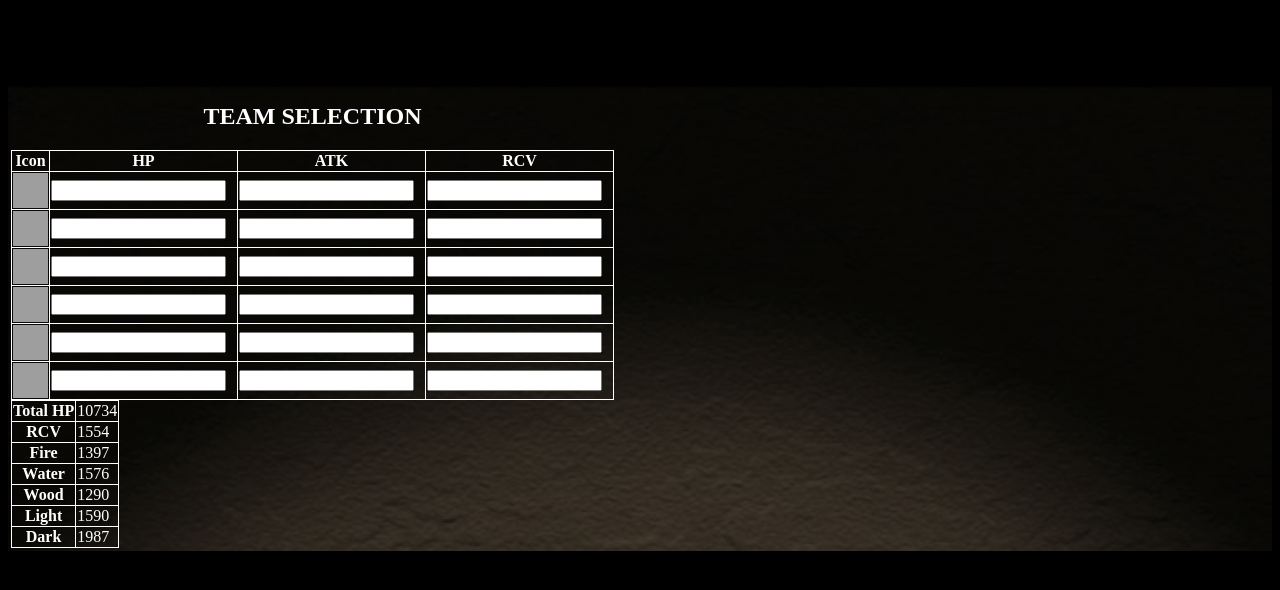
Repository: fangelod/pad-optimizer
Page: client/index.html
The author's editor kept a record of every edit. The page is drawn from the files as they stood at one moment, then again after the next edit.
The browser window is 1280 px wide. The pictures show the whole page.
Pictures or frames that could not be fetched are drawn as grey boxes.

Above is the page before.
Console error: TypeError: Cannot read properties of null (reading 'getContext')

### client/index.html
<!DOCTYPE html>
<html>
    <head>
        <title>PAD Optimizer</title>
        <link rel="stylesheet" href="/css/main.css">
        <script src="/js/jquery.min.js"></script>
        <script src="/js/main.js"></script>
    </head>
    <body>
        <div class="header">
            <div class="title">
                <h1>Puzzle & Dragons Optimizer</h1>
            </div>
            <div class="navbar"></div>
        </div>
        <div class="body">
            <table class="containerlayout">
                <tr>
                    <td class="left">
                        <div>
                            <h2>TEAM SELECTION</h2>
                            <table>
                                <tr>
                                    <th>Icon</th>
                                    <th>HP</th>
                                    <th>ATK</th>
                                    <th>RCV</th>
                                </tr>
                                <tr>
                                    <td><img src="/img/Monsters/2271.png"></td>
                                    <td><input type="number"></td>
                                    <td><input type="number"></td>
                                    <td><input type="number"></td>
                                </tr>
                                <tr>
                                    <td><img src="/img/Monsters/2497.png"></td>
                                    <td><input type="number"></td>
                                    <td><input type="number"></td>
                                    <td><input type="number"></td>
                                </tr>
                                <tr>
                                    <td><img src="/img/Monsters/2494.png"></td>
                                    <td><input type="number"></td>
                                    <td><input type="number"></td>
                                    <td><input type="number"></td>
                                </tr>
                                <tr>
                                    <td><img src="/img/Monsters/2185.png"></td>
                                    <td><input type="number"></td>
                                    <td><input type="number"></td>
                                    <td><input type="number"></td>
                                </tr>
                                <tr>
                                    <td><img src="/img/Monsters/2818.png"></td>
                                    <td><input type="number"></td>
                                    <td><input type="number"></td>
                                    <td><input type="number"></td>
                                </tr>
                                <tr>
                                    <td><img src="/img/Monsters/2271.png"></td>
                                    <td><input type="number"></td>
                                    <td><input type="number"></td>
                                    <td><input type="number"></td>
                                </tr>
                            </table>
                            <table>
                                <tr>
                                    <th>Total HP</th>
                                    <td>10734</td>
                                </tr>
                                <tr>
                                    <th>RCV</th>
                                    <td>1554</td>
                                </tr>
                                <tr>
                                    <th>Fire</th>
                                    <td>1397</td>
                                </tr>
                                <tr>
                                    <th>Water</th>
                                    <td>1576</td>
                                </tr>
                                <tr>
                                    <th>Wood</th>
                                    <td>1290</td>
                                </tr>
                                <tr>
                                    <th>Light</th>
                                    <td>1590</td>
                                </tr>
                                <tr>
                                    <th>Dark</th>
                                    <td>1987</td>
                                </tr>
                            </table>
                        </div>
                    </td>
                    <td class="middle">
                        <canvas class="PADboard"></canvas>
                        <!--<div class="board">
                            <table>
                                <tr>
                                    <td class="even"></td>
                                    <td class="odd"></td>
                                    <td class="even"></td>
                                    <td class="odd"></td>
                                    <td class="even"></td>
                                    <td class="odd"></td>
                                </tr>
                                <tr>
                                    <td class="odd"></td>
                                    <td class="even"></td>
                                    <td class="odd"></td>
                                    <td class="even"></td>
                                    <td class="odd"></td>
                                    <td class="even"></td>
                                </tr>
                                <tr>
                                    <td class="even"></td>
                                    <td class="odd"></td>
                                    <td class="even"></td>
                                    <td class="odd"></td>
                                    <td class="even"></td>
                                    <td class="odd"></td>
                                </tr>
                                <tr>
                                    <td class="odd"></td>
                                    <td class="even"></td>
                                    <td class="odd"></td>
                                    <td class="even"></td>
                                    <td class="odd"></td>
                                    <td class="even"></td>
                                </tr>
                                <tr>
                                    <td class="even"></td>
                                    <td class="odd"></td>
                                    <td class="even"></td>
                                    <td class="odd"></td>
                                    <td class="even"></td>
                                    <td class="odd"></td>
                                </tr>
                            </table>
                        </div>
                    </td>
                    <td class="right">
                        <div class="orbSelector">
                            <table>
                                <tr>
                                    <td><p>a</p></td>
                                    <td><p>s</p></td>
                                    <td><p>d</p></td>
                                    <td><p>f</p></td>
                                    <td><p>g</p></td>
                                    <td><p>h</p></td>
                                </tr>
                                <tr>
                                    <td class="frChoose"></td>
                                    <td class="wtChoose"></td>
                                    <td class="wdChoose"></td>
                                    <td class="ltChoose"></td>
                                    <td class="dkChoose"></td>
                                    <td class="hChoose"></td>
                                </tr>
                            </table>
                            <form>
                                <label><input class="echeck" type="checkbox" name="enhanced">Enhanced (e)</label>
                            </form>
                        </div>
                        <div class="results">
                            <h2>RESULTS</h2>
                        </div>
                    </td>
                </tr>
            </table>
        </div>
        <div class="allMonsters"></div>
    </body>
</html>

### client/css/main.css
.body {
    width: 100%;
    background: url("/img/backdrop.jpeg") no-repeat;
    background-size: 100%;
}
.middle table {
    border: solid 1pt black;
    border-collapse: collapse;
}
.middle td {
    border: solid 1pt black;
    border-collapse: collapse;
}
.odd {
    background-image: url("/img/Background2.png");
}
.even {
    background-image: url("/img/Background1.png");
}
.left {
    vertical-align: top;
    color: white;
}
.left table, .left th, .left td {
    border: 1pt solid white;
    border-collapse: collapse;
}
.left img {
    height: 35px;
    width: 35px;
    vertical-align: middle;
}
.left input {
    width: 90%;
}
.odd:hover, .even:hover {
    cursor: default;
}
html {
    background: black;
}
.right {
    vertical-align: top;
}
.frChoose {
    background: url("/img/frOrb.png") no-repeat center;
}
.wtChoose {
    background: url("/img/wtOrb.png") no-repeat center;
}
.wdChoose {
    background: url("/img/wdOrb.png") no-repeat center;
}
.ltChoose {
    background: url("/img/ltOrb.png") no-repeat center;
}
.dkChoose {
    background: url("/img/dkOrb.png") no-repeat center;
}
.hChoose {
    background: url("/img/hOrb.png") no-repeat center;
}
.frChoose, .wtChoose, .wdChoose, .ltChoose, .dkChoose, .hChoose {
    background-size: contain;
    padding: 0;
}
.orbSelector p {
    text-align: center;
    vertical-align: bottom;
    margin: 0;
    font-size: 1.5em;
    background: gray;
}
.orbSelector form {
    display: table;
    margin-left: auto;
    margin-right: auto;
    font-size: 1.5em;
    background: gray;
    width: 100%;
}
.orbSelector input {
    height: 50%;
}
h2 {
    text-align: center;
}
h1 {
    text-align: center;
}

.allMonsters {
    background: white;
}

### client/js/main.js
var cv;
var orbSelected = '.frChoose';
var board;
var Fire, Water, Wood, Light, Dark, Heal;
var EFire, EWater, EWood, ELight, EDark, EHeal;
var isMouseDown = false;

$(document).ready(function () {
    cv = document.getElementById("PADboard").getContext("2d");
    resizeEverything();
    addButtonHandlers();
    initBoard();
    initOrbs();

    $('#PADboard').on('click', function(e) {
        var x = e.offsetX;
        var y = e.offsetY;
        var w = $('#PADboard').width();
        var h = $('#PADboard').height();
        var gw = w/6;
        var gh = h/5;
        var column = "";
        var row = "";
        var bw = document.getElementById("PADboard").width/6;
        var bh = document.getElementById("PADboard").height/5;

        if ($('.echeck').is(":checked")) {
            switch (orbSelected) {
                case '.frChoose':
                    board[Math.floor(y/gh)][Math.floor(x/gw)] = "fr+";
                    cv.drawImage(EFire, Math.floor(x/gw)*bw, Math.floor(y/gh)*bh, bw, bh);
                    break;
                case '.wtChoose':
                    board[Math.floor(y/gh)][Math.floor(x/gw)] = "wt+";
                    cv.drawImage(Water, Math.floor(x/gw)*bw, Math.floor(y/gh)*bh, bw, bh);
                    break;
                case '.wdChoose':
                    board[Math.floor(y/gh)][Math.floor(x/gw)] = "wd+";
                    cv.drawImage(Wood, Math.floor(x/gw)*bw, Math.floor(y/gh)*bh, bw, bh);
                    break;
                case '.ltChoose':
                    board[Math.floor(y/gh)][Math.floor(x/gw)] = "lt+";
                    cv.drawImage(ELight, Math.floor(x/gw)*bw, Math.floor(y/gh)*bh, bw, bh);
                    break;
                case '.dkChoose':
                    board[Math.floor(y/gh)][Math.floor(x/gw)] = "dk+";
                    cv.drawImage(EDark, Math.floor(x/gw)*bw, Math.floor(y/gh)*bh, bw, bh);
                    break;
                case '.hChoose':
                    board[Math.floor(y/gh)][Math.floor(x/gw)] = "h+";
                    cv.drawImage(EHeal, Math.floor(x/gw)*bw, Math.floor(y/gh)*bh, bw, bh);
                    break;
            }
        } else {
            switch (orbSelected) {
                case '.frChoose':
                    board[Math.floor(y/gh)][Math.floor(x/gw)] = "fr";
                    cv.drawImage(Fire, Math.floor(x/gw)*bw, Math.floor(y/gh)*bh, bw, bh);
                    break;
                case '.wtChoose':
                    board[Math.floor(y/gh)][Math.floor(x/gw)] = "wt";
                    cv.drawImage(Water, Math.floor(x/gw)*bw, Math.floor(y/gh)*bh, bw, bh);
                    break;
                case '.wdChoose':
                    board[Math.floor(y/gh)][Math.floor(x/gw)] = "wd";
                    cv.drawImage(Wood, Math.floor(x/gw)*bw, Math.floor(y/gh)*bh, bw, bh);
                    break;
                case '.ltChoose':
                    board[Math.floor(y/gh)][Math.floor(x/gw)] = "lt";
                    cv.drawImage(Light, Math.floor(x/gw)*bw, Math.floor(y/gh)*bh, bw, bh);
                    break;
                case '.dkChoose':
                    board[Math.floor(y/gh)][Math.floor(x/gw)] = "dk";
                    cv.drawImage(Dark, Math.floor(x/gw)*bw, Math.floor(y/gh)*bh, bw, bh);
                    break;
                case '.hChoose':
                    board[Math.floor(y/gh)][Math.floor(x/gw)] = "h";
                    cv.drawImage(Heal, Math.floor(x/gw)*bw, Math.floor(y/gh)*bh, bw, bh);
                    break;
            }
        }
    });
    $('#PADboard').on('mousedown', function(e) {
        isMouseDown = true;
    });
    $(document).
    $('#PADboard').on('mousemove', function(e) {
        if (isMouseDown) {
            console.log(e);
        }
    });
});


$(window).resize(function() {
    resizeEverything();
});


// Helper functions
var resizeEverything = function() {
    var w = $(window).width();
    var lw = w * .25;
    var mw = w * .49;
    var rw = w * .25;

    $('.left').width(lw);
    $('.right').width(rw);
    $('.middle').width(mw);

    $('#PADboard').width(mw);
    $('#PADboard').height(mw*(5/6));
    //$('.middle table').width(mw);
    //$('.middle table').height(mw*(5/6));

    $('.frChoose').width(rw/6);
    $('.frChoose').height(rw/6);

    $('.wtChoose').width(rw/6);
    $('.wtChoose').height(rw/6);

    $('.wdChoose').width(rw/6);
    $('.wdChoose').height(rw/6);

    $('.ltChoose').width(rw/6);
    $('.ltChoose').height(rw/6);

    $('.dkChoose').width(rw/6);
    $('.dkChoose').height(rw/6);

    $('.hChoose').width(rw/6);
    $('.hChoose').height(rw/6);

    drawStartBoard();
};
var addButtonHandlers = function() {
    $('.frChoose').css('border', '2pt solid white');

    var resetButtons = function() {
        $(orbSelected).css('border', "initial");
    };

    $('.frChoose').on('click', function (e) {
        resetButtons();
        $('.frChoose').css('border', '2pt solid white');
        orbSelected = '.frChoose';
    });

    $('.wtChoose').on('click', function (e) {
        resetButtons();
        $('.wtChoose').css('border', '2pt solid white');
        orbSelected = '.wtChoose';
    });

    $('.wdChoose').on('click', function (e) {
        resetButtons();
        $('.wdChoose').css('border', '2pt solid white');
        orbSelected = '.wdChoose';
    });

    $('.ltChoose').on('click', function (e) {
        resetButtons();
        $('.ltChoose').css('border', '2pt solid white');
        orbSelected = '.ltChoose';
    });

    $('.dkChoose').on('click', function (e) {
        resetButtons();
        $('.dkChoose').css('border', '2pt solid white');
        orbSelected = '.dkChoose';
    });

    $('.hChoose').on('click', function (e) {
        resetButtons();
        $('.hChoose').css('border', '2pt solid white');
        orbSelected = '.hChoose';
    });

    $('.echeck').on('click', function(e) {
        if ($('.echeck').is(":checked")) {
            $('.frChoose').css('background', 'url("/img/frOrb+.png") no-repeat center');
            $('.wtChoose').css('background', 'url("/img/wtOrb.png") no-repeat center');
            $('.wdChoose').css('background', 'url("/img/wdOrb.png") no-repeat center');
            $('.ltChoose').css('background', 'url("/img/ltOrb+.png") no-repeat center');
            $('.dkChoose').css('background', 'url("/img/dkOrb+.png") no-repeat center');
            $('.hChoose').css('background', 'url("/img/hOrb+.png") no-repeat center');
        } else {
            $('.frChoose').css('background', 'url("/img/frOrb.png") no-repeat center');
            $('.wtChoose').css('background', 'url("/img/wtOrb.png") no-repeat center');
            $('.wdChoose').css('background', 'url("/img/wdOrb.png") no-repeat center');
            $('.ltChoose').css('background', 'url("/img/ltOrb.png") no-repeat center');
            $('.dkChoose').css('background', 'url("/img/dkOrb.png") no-repeat center');
            $('.hChoose').css('background', 'url("/img/hOrb.png") no-repeat center');
        }
        $('.frChoose').css('background-size', 'contain');
        $('.wtChoose').css('background-size', 'contain');
        $('.wdChoose').css('background-size', 'contain');
        $('.ltChoose').css('background-size', 'contain');
        $('.dkChoose').css('background-size', 'contain');
        $('.hChoose').css('background-size', 'contain');
    });

    $('html').on('keydown', function(e) {
        switch (e.keyCode) {
            case 65:
                resetButtons();
                $('.frChoose').css('border', '2pt solid white');
                orbSelected = '.frChoose';
                break;
            case 83:
                resetButtons();
                $('.wtChoose').css('border', '2pt solid white');
                orbSelected = '.wtChoose';
                break;
            case 68:
                resetButtons();
                $('.wdChoose').css('border', '2pt solid white');
                orbSelected = '.wdChoose';
                break;
            case 70:
                resetButtons();
                $('.ltChoose').css('border', '2pt solid white');
                orbSelected = '.ltChoose';
                break;
            case 71:
                resetButtons();
                $('.dkChoose').css('border', '2pt solid white');
                orbSelected = '.dkChoose';
                break;
            case 72:
                resetButtons();
                $('.hChoose').css('border', '2pt solid white');
                orbSelected = '.hChoose';
                break;
            case 69:
                if ($('.echeck').is(":checked")) {
                    $('.echeck').prop('checked', false);
                    $('.frChoose').css('background', 'url("/img/frOrb.png") no-repeat center');
                    $('.wtChoose').css('background', 'url("/img/wtOrb.png") no-repeat center');
                    $('.wdChoose').css('background', 'url("/img/wdOrb.png") no-repeat center');
                    $('.ltChoose').css('background', 'url("/img/ltOrb.png") no-repeat center');
                    $('.dkChoose').css('background', 'url("/img/dkOrb.png") no-repeat center');
                    $('.hChoose').css('background', 'url("/img/hOrb.png") no-repeat center');
                } else {
                    $('.echeck').prop('checked', true);
                    $('.frChoose').css('background', 'url("/img/frOrb+.png") no-repeat center');
                    $('.wtChoose').css('background', 'url("/img/wtOrb.png") no-repeat center');
                    $('.wdChoose').css('background', 'url("/img/wdOrb.png") no-repeat center');
                    $('.ltChoose').css('background', 'url("/img/ltOrb+.png") no-repeat center');
                    $('.dkChoose').css('background', 'url("/img/dkOrb+.png") no-repeat center');
                    $('.hChoose').css('background', 'url("/img/hOrb+.png") no-repeat center');
                }
                $('.frChoose').css('background-size', 'contain');
                $('.wtChoose').css('background-size', 'contain');
                $('.wdChoose').css('background-size', 'contain');
                $('.ltChoose').css('background-size', 'contain');
                $('.dkChoose').css('background-size', 'contain');
                $('.hChoose').css('background-size', 'contain');
                break;
        }
    });
};
var drawStartBoard = function() {
    var w = document.getElementById("PADboard").width;
    var h = document.getElementById("PADboard").height;
    cv.clearRect(0, 0, w, h);

    var img = document.createElement('img');
    img.src = "/img/Background1.png";
    var img2 = document.createElement('img');
    img2.src = "/img/Background2.png";

    var gw = w/6;
    var gh = h/5;
    for (i = 0; i < 5; i++) {
        for (j = 0; j < 6; j++) {
            if (i % 2 == 0) {
                if (j % 2 == 0) {
                    cv.drawImage(img, (j * gw), (i * gh), gw, gh);
                } else {
                    cv.drawImage(img2, (j * gw), (i * gh), gw, gh);
                }
            } else {
                if (j % 2 == 0) {
                    cv.drawImage(img2, (j * gw), (i * gh), gw, gh);
                } else {
                    cv.drawImage(img, (j * gw), (i * gh), gw, gh);
                }
            }
        }
    }
};
var initBoard = function() {
    board = new Array(5);
    for (i = 0; i < 5; i++) {
        board[i] = new Array(6);
        for (j = 0; j < 6; j++) {
            board[i][j] = null;
        }
    }
}
var initOrbs = function() {
    Fire = document.createElement('img');
    Fire.src = "/img/frOrb.png";
    Water = document.createElement('img');
    Water.src = "/img/wtOrb.png";
    Wood = document.createElement('img');
    Wood.src = "/img/wdOrb.png";
    Light = document.createElement('img');
    Light.src = "/img/ltOrb.png";
    Dark = document.createElement('img');
    Dark.src = "/img/dkOrb.png";
    Heal = document.createElement('img');
    Heal.src = "/img/hOrb.png";
    EFire = document.createElement('img');
    EFire.src = "/img/frOrb+.png";
    // EWater = document.createElement('img');
    // EWater.src = "/img/wtOrb+.png";
    // EWood = document.createElement('img');
    // EWood.src = "/img/wdOrb+.png";
    ELight = document.createElement('img');
    ELight.src = "/img/ltOrb+.png";
    EDark = document.createElement('img');
    EDark.src = "/img/dkOrb+.png";
    EHeal = document.createElement('img');
    EHeal.src = "/img/hOrb+.png";
}

Loaded but not shown: client/js/jquery.min.js (library)

After the next edit:
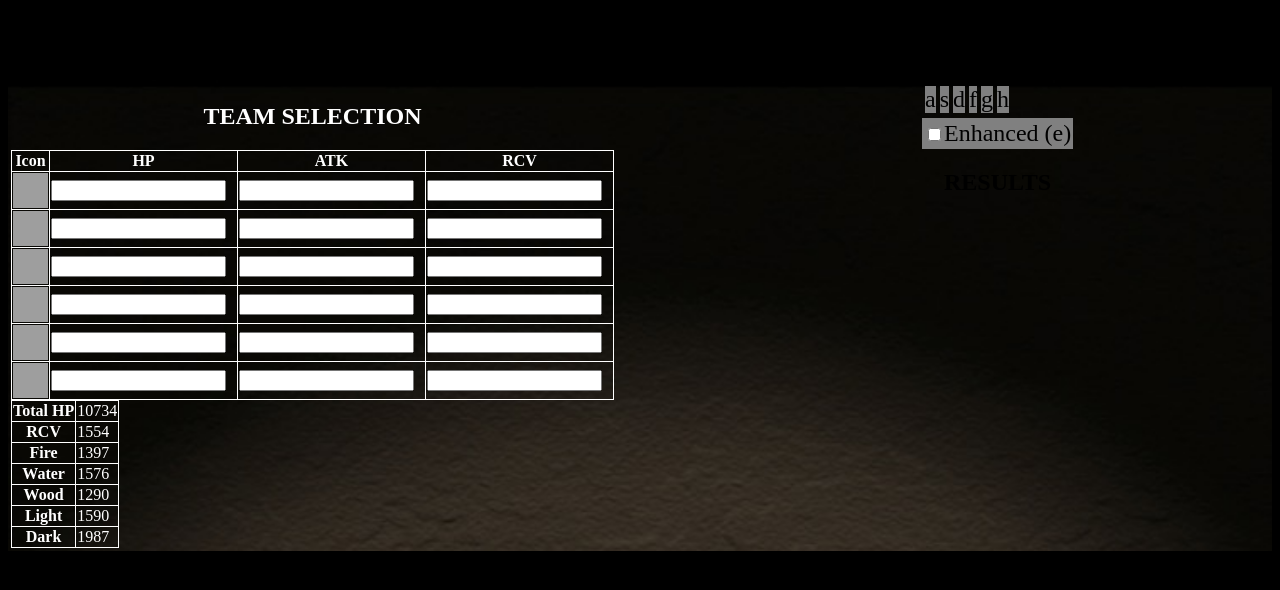
The edit:
--- a/client/index.html
+++ b/client/index.html
@@ -140,7 +140,7 @@
                                     <td class="odd"></td>
                                 </tr>
                             </table>
-                        </div>
+                        </div>-->
                     </td>
                     <td class="right">
                         <div class="orbSelector">
